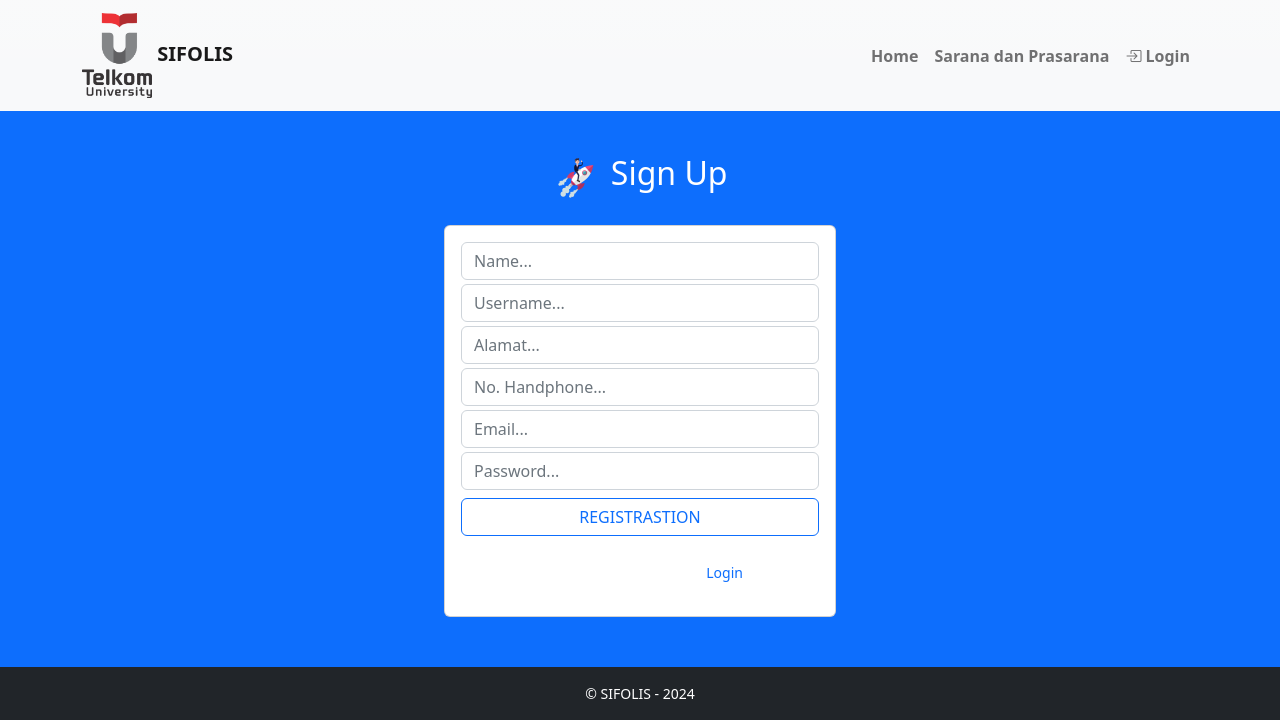
Repository: Audi87/uas_framework
Page: http://localhost/registrasi
The author's editor kept a copy of each file at every save. The page is drawn from the files as they stood at one save, then again after the next save.
The browser window is 1280 px wide. The pictures show the whole page.
Some web libraries are served in a nearby version. The page is served by the project's Laravel application, run on PHP 8.4 with Laravel 10. Other server files are loaded and not shown.

Above is the page before, as saved 2024-06-13 21:21:34.

### routes/web.php
<?php

use App\Http\Controllers\{
    BarangController, ContactController, CustumerController, DataPeminjamanController, HistoryController,
    Home, LoginController, PeminjamanController, ProfilController, RegistrasiController,
    SaranaDanPrasaranaController, AdminController
};
use Illuminate\Support\Facades\Route;


Route::get('/', [Home::class, 'index'])->middleware('auth');

Route::get('/login', [LoginController::class, 'index'])->name('login')->middleware('guest');
Route::post('/login', [LoginController::class, 'login']);
Route::post('/logout', [LoginController::class, 'logout']);

Route::get('/registrasi', [RegistrasiController::class, 'index'])->middleware('guest');
Route::post('/registrasi', [RegistrasiController::class, 'registrasi']);

Route::get('/dashboard', function() {
    return view('dashboard.index', ['title' => 'Dashboard Admin']);
})->middleware('admin');

Route::get('/profil/{user:id}', [ProfilController::class, 'index'])->middleware('auth');

Route::get('/sarana dan prasarana', [SaranaDanPrasaranaController::class, 'index'])->middleware('auth');
Route::resource('/sarana-prasarana', BarangController::class)->middleware('admin');

Route::get('/peminjaman/{barang:id}', [PeminjamanController::class, 'index'])->middleware('auth');
Route::post('/peminjaman/{barang:id}', [PeminjamanController::class, 'peminjaman'])->middleware('auth');

Route::get('/history/{user:id}', [HistoryController::class, 'index'])->middleware('auth');

Route::get('/kembalikan/{id}', [PeminjamanController::class, 'kembalikan'])->middleware('auth');
Route::get('/detail-peminjaman/{id}', [PeminjamanController::class, 'detailPeminjaman'])->middleware('auth');

Route::get('/category/{id}', [SaranaDanPrasaranaController::class, 'category'])->middleware('auth');

Route::get('/custumer', [CustumerController::class, 'index'])->middleware('admin');
Route::get('/custumer/{user:id}', [CustumerController::class, 'detail'])->middleware('admin');

Route::get('/data-peminjaman', [DataPeminjamanController::class, 'index'])->middleware('admin');
Route::get('/data-peminjaman/{id}', [DataPeminjamanController::class, 'detail'])->middleware('admin');

Route::get('/contact', [ContactController::class, 'index'])->middleware('auth');

### app/Http/Controllers/RegistrasiController.php
<?php

namespace App\Http\Controllers;

use Illuminate\Support\Facades\App;
use App\Models\User;
use Illuminate\Http\Request;

class RegistrasiController extends Controller
{
    // Function untuk menampilkan view registrasi
    public function index()
    {
        return view('registrasi.registrasi', [
            'title' => 'Registrasi'
        ]);
    }

    // Function untuk proses registrasi
    public function registrasi(Request $request)
    {
        $validateData = $request->validate([
            'name' => ['required', 'min:4', 'max:255'],
            'username' => ['required', 'min:5', 'max:255'],
            'alamat' => ['required', 'min:5', 'max:255'],
            'no_handphone' => ['required', 'min:5', 'max:255'],
            'email' => ['required', 'min:5', 'max:255', 'unique:users'],
            'password' => ['required', 'min:5', 'max:255']
        ]);

        $validateData['password'] = bcrypt($validateData['password']);
        User::create($validateData);

        // Menampilkan Sweet Alert
        return redirect('/login')->with('success', 'successful registration');
    }
}

### resources/views/registrasi/registrasi.blade.php
@extends('layouts.main')

@section('content')

<div class="regis p-3 mb-2 bg-primary text-white">
    <div class="container-fluid py-4">
        <div class="row text-center mb-5">
            <div class="col-lg-4 offset-lg-4" >
                <h2>
                    <img src="img/pngwing.com (7).png" text-primary width="50" alt="" data-aos="flip-left" data-aos-duration="2000" >
                    Sign Up
                </h2>
            </div>
            <div class="col-lg-4 offset-lg-4 col-10 offset-1 mt-3">
                {{-- Form Registrasi --}}
                <div class="card">
                    <div class="card-body">
                        <form action="/registrasi" method="post">
                            @csrf
                            <div class="mb-1">
                                <input type="text" id="name" name="name" placeholder="Name..." value="{{ old('name') }}" class="form-control @error('name') is-invalid @enderror">
                                @error('name')
                                <div class="invalid-feedback">
                                    {{ $message }}
                                </div>
                                @enderror
                            </div>
                            <div class="mb-1">
                                <input type="text" id="username" name="username" placeholder="Username..." value="{{ old('username') }}" class="form-control @error('username') is-invalid @enderror">
                                @error('username')
                                <div class="invalid-feedback">
                                    {{ $message }}
                                </div>
                                @enderror
                            </div>
                            <div class="mb-1">
                                <input type="text" id="alamat" name="alamat" placeholder="Alamat..." value="{{ old('alamat') }}" class="form-control @error('alamat') is-invalid @enderror">
                                @error('alamat')
                                <div class="invalid-feedback">
                                    {{ $message }}
                                </div>
                                @enderror
                            </div>
                            <div class="mb-1">
                                <input type="number" id="no_handphone" name="no_handphone" placeholder="No. Handphone..." value="{{ old('no_handphone') }}" class="form-control @error('no_handphone') is-invalid @enderror">
                                @error('no_handphone')
                                <div class="invalid-feedback">
                                    {{ $message }}
                                </div>
                                @enderror
                            </div>
                            <div class="mb-1">
                                <input type="email" id="email" name="email" placeholder="Email..." value="{{ old('email') }}" class="form-control @error('email') is-invalid @enderror">
                                @error('email')
                                <div class="invalid-feedback">
                                    {{ $message }}
                                </div>
                                @enderror
                            </div>
                            <div class="mb-2">
                                <input type="password" id="password" name="password" placeholder="Password..." value="{{ old('password') }}" class="form-control @error('password') is-invalid @enderror">
                                @error('password')
                                <div class="invalid-feedback">
                                    {{ $message }}
                                </div>
                                @enderror
                            </div>
                            <div class="mb-4">
                                <button class="btn btn-outline-primary w-100" type="submit">REGISTRASTION</button>
                            </div>
                            <div>
                                <p><small>already have an account? <a href="login" class="text-decoration-none">Login</a></small></p>
                            </div>
                        </form>
                    </div>
                </div>
            </div>
        </div>
    </div>
</div>

@if(session('success'))
<script>
    Swal.fire({
        title: 'Registrasi Berhasil!',
        text: "{{ session('success') }}",
        icon: 'success',
        confirmButtonText: 'Ok'
    });
</script>
@endif

@endsection

### resources/views/layouts/main.blade.php
<!doctype html>
<html lang="en">
  <head>
    <meta charset="utf-8">
    <meta name="viewport" content="width=device-width, initial-scale=1">
    <title>{{ $title }}</title>

    <link rel="stylesheet" href="/css/stylee.css">

    {{-- Link Aos --}}
    <link rel="stylesheet" href="https://unpkg.com/aos@next/dist/aos.css" />

    {{-- Link Icons Bootstrap --}}
    <link rel="stylesheet" href="https://cdn.jsdelivr.net/npm/bootstrap-icons@1.9.1/font/bootstrap-icons.css">

    <link href="https://cdn.jsdelivr.net/npm/bootstrap@5.2.0/dist/css/bootstrap.min.css" rel="stylesheet" integrity="sha384-gH2yIJqKdNHPEq0n4Mqa/HGKIhSkIHeL5AyhkYV8i59U5AR6csBvApHHNl/vI1Bx" crossorigin="anonymous">
    <link href="https://fonts.googleapis.com/css2?family=Poppins:wght@400;500;600&display=swap" rel="stylesheet">
    <link rel="stylesheet" href="https://cdnjs.cloudflare.com/ajax/libs/font-awesome/6.4.0/css/all.min.css"
        integrity="sha512-iecdLmaskl7CVkqkXNQ/ZH/XLlvWZOJyj7Yy7tcenmpD1ypASozpmT/E0iPtmFIB46ZmdtAc9eNBvH0H/ZpiBw=="
        crossorigin="anonymous" referrerpolicy="no-referrer" />
  </head>
  <body class="bg-light">

    {{-- Include navbar --}}
    @include('navbar.navbar')

    {{-- Content --}}
    @yield('content')
    {{-- End Content --}}

    {{-- Include Footer --}}
    @include('footer.footer')

    <script src="https://cdn.jsdelivr.net/npm/bootstrap@5.2.0/dist/js/bootstrap.bundle.min.js" integrity="sha384-A3rJD856KowSb7dwlZdYEkO39Gagi7vIsF0jrRAoQmDKKtQBHUuLZ9AsSv4jD4Xa" crossorigin="anonymous"></script>

    <script src="https://unpkg.com/aos@next/dist/aos.js"></script>
    <script>
      AOS.init();
    </script>

    {{-- Js Jquery --}}
    <script src="/js/jquery.js"></script>

    {{-- Script js --}}
    <script src="/js/script.js"></script>

  </body>
</html>

### resources/views/navbar/navbar.blade.php
{{-- Navbar --}}
<nav class="navbar navbar-expand-lg bg-light bg-gradient navbar-light">
    <div class="container">
        <a class="navbar-brand" href="/"><img src="img/logo.png" width="70" alt="" data-aos="flip-left"
                data-aos-duration="2000"> SIFOLIS </a>
        <button class="navbar-toggler" type="button" data-bs-toggle="collapse" data-bs-target="#navbarNav"
            aria-controls="navbarNav" aria-expanded="false" aria-label="Toggle navigation">
            <span class="navbar-toggler-icon"></span>
        </button>
        <div class="collapse navbar-collapse" id="navbarNav">
            <ul class="navbar-nav ms-auto">
                <li class="nav-item">
                    <a class="nav-link {{ Request::is('/') ? 'active' : '' }}" aria-current="page"
                        href="/">Home</a>
                </li>
                <li class="nav-item">
                    <a class="nav-link {{ Request::is('sarana dan prasarana') ? 'active' : '' }}" aria-current="page"
                        href="/sarana dan prasarana">Sarana dan Prasarana</a>
                </li>

                @auth
                    <li class="nav-item dropdown">
                        <a class="nav-link dropdown-toggle" href="#" role="button" data-bs-toggle="dropdown"
                            aria-expanded="false">
                            <i class="bi bi-person-lines-fill"></i> Welcome, {{ auth()->user()->username }}
                        </a>
                        <ul class="dropdown-menu">
                            @can('admin')
                                <li><a class="dropdown-item" href="/dashboard">Dashboard Admin</a></li>
                            @endcan
                            <li><a class="dropdown-item" href="/history/{{ auth()->user()->id }}">Peminjaman</a></li>
                            <li><a class="dropdown-item" href="/contact">Contact Us</a></li>
                            <li><a class="dropdown-item" href="/profil/{{ auth()->user()->id }}"><i
                                        class="bi bi-person-lines-fill"></i> My Profil</a></li>
                            <li>
                                <hr class="dropdown-divider">
                            </li>
                            {{-- Form Logout --}}
                            <form action="/logout" method="post">
                                @csrf
                                <button type="submit" class="dropdown-item"
                                    onclick="return confirm('sure want to go out?')"><i class="bi bi-box-arrow-in-left"></i>
                                    Logout</button>
                            </form>
                            {{-- End From --}}
                        </ul>
                    </li>
                @else
                    <li class="nav-item">
                        <a class="nav-link {{ Request::is('login') ? 'active' : '' }}" href="/login"><i
                                class="bi bi-box-arrow-in-right"></i> Login</a>
                    </li>
                @endauth

            </ul>
        </div>
    </div>
</nav>
{{-- End Navbar --}}

### resources/views/footer/footer.blade.php
<div class="container">
    <!-- Konten Halaman di sini -->
</div>
<div class="fixed-bottom">
<footer class="container-fluid bg-dark text-white text-center">
    <div class="container1">
        <div class="row">
            <div class="col-lg-12">
                <small><p class="mt-3">&copy; SIFOLIS - 2024</p></small>
            </div>
        </div>
    </div>
    </div>
</footer>

### public/css/stylee.css
nav ul li {
    font-weight: bold;
}

nav a {
    font-weight: bold;
}

nav ul li:hover {
    background-color: black;
    opacity: 0.8;
    border-radius: 17px;
    text-decoration: underline;
}

### public/js/script.js
$(document).ready(function(){


    window.setTimeout(function(){
        $('.alert').fadeTo(300, 0).slideUp(300, function(){
            $(this).remove();
        });
    }, 4000);

    // Js Show password
    $('#flexCheckDefault').click(function(){
        if($(this).is(':checked')){
            $('#password').attr('type', 'text')
        }else{
            $('#password').attr('type', 'password')
        }
    });

});

Loaded but not shown: app/Http/Controllers/Controller.php (common file); public/js/jquery.js (library)

After the next save:
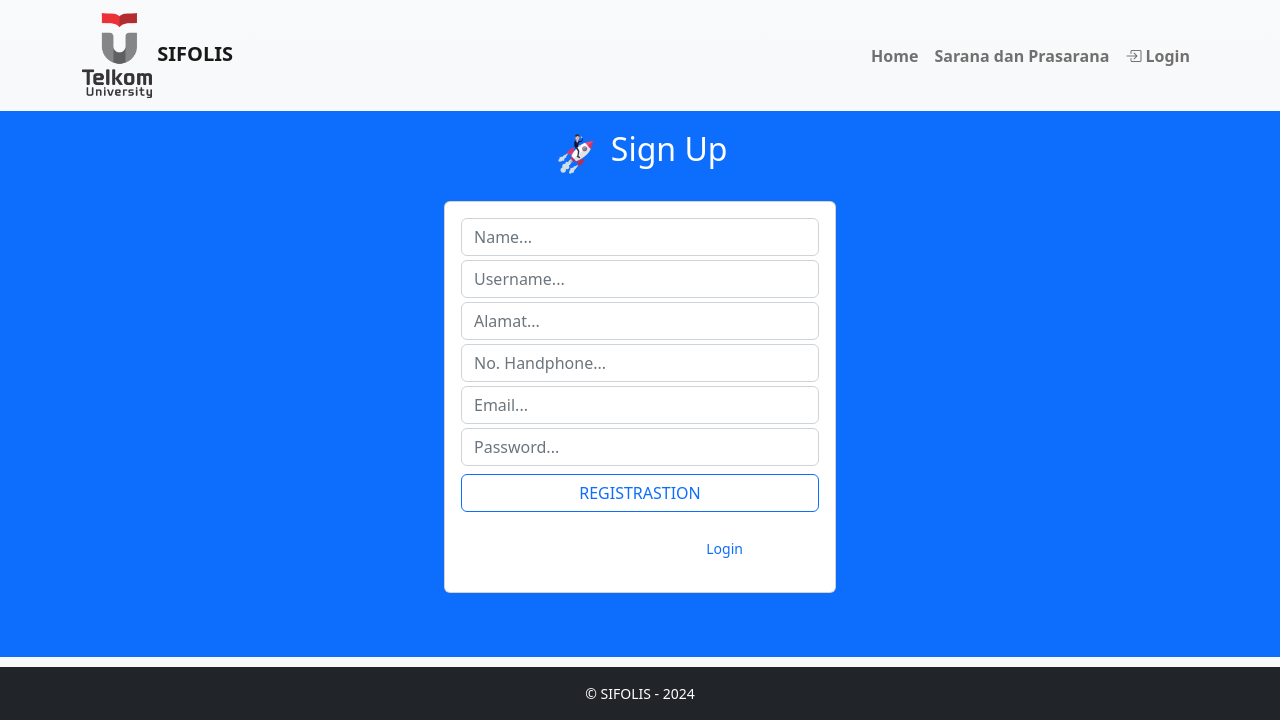
Saved 4 s later.
--- a/resources/views/registrasi/registrasi.blade.php
+++ b/resources/views/registrasi/registrasi.blade.php
@@ -3,7 +3,7 @@
 @section('content')
 
 <div class="regis p-3 mb-2 bg-primary text-white">
-    <div class="container-fluid py-4">
+    <div class="container-fluid py-">
         <div class="row text-center mb-5">
             <div class="col-lg-4 offset-lg-4" >
                 <h2>
